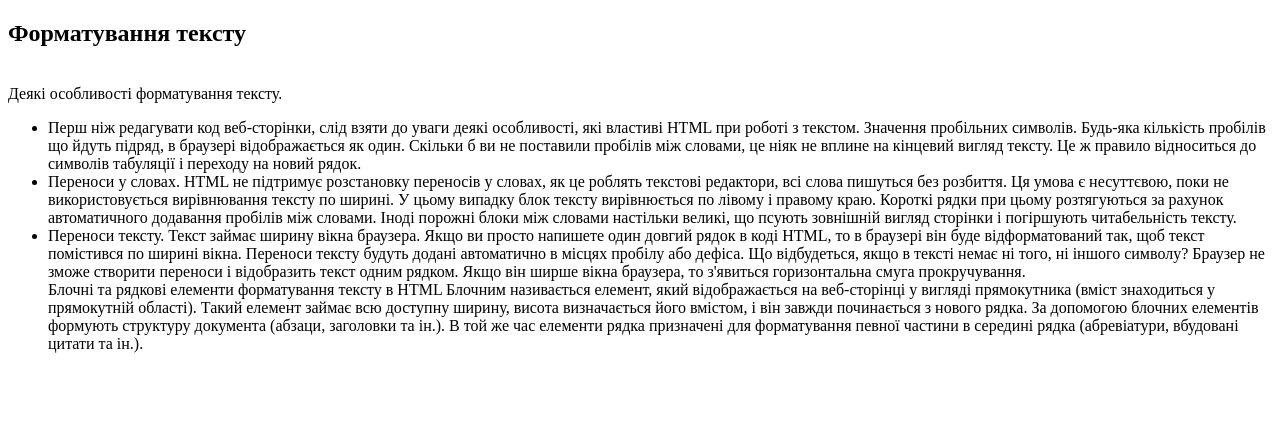
Repository: KseniaMakara/Web
Page: Web/directory.html
These files come from the project's save history. The page is drawn as it stood at one moment and after the next save; the edit follows.
The browser window is 1280 px wide. The pictures show the whole page.

Above is the page before, as saved 2021-02-15 16:15:58.

After the next save:
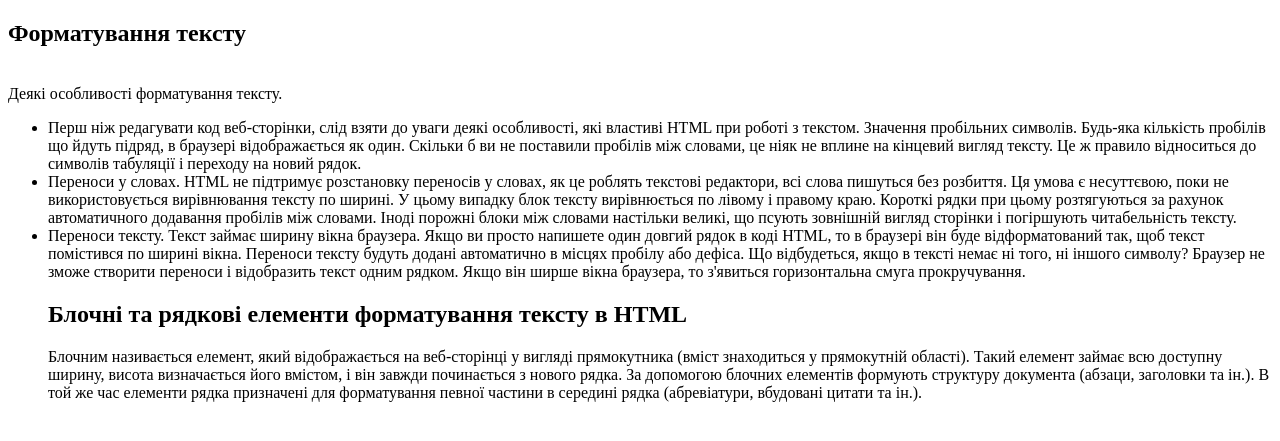
Saved 39 s later.
--- a/Web/directory.html
+++ b/Web/directory.html
@@ -28,7 +28,7 @@
         тексті немає ні того, ні іншого символу? Браузер не зможе створити переноси і
         відобразить текст одним рядком. Якщо він ширше вікна браузера, то з'явиться
         горизонтальна смуга прокручування.</li>
-        Блочні та рядкові елементи форматування тексту в HTML
+        <h2>Блочні та рядкові елементи форматування тексту в HTML</h2>
         Блочним називається елемент, який відображається на веб-сторінці у вигляді
         прямокутника (вміст знаходиться у прямокутній області). Такий елемент займає
         всю доступну ширину, висота визначається його вмістом, і він завжди
